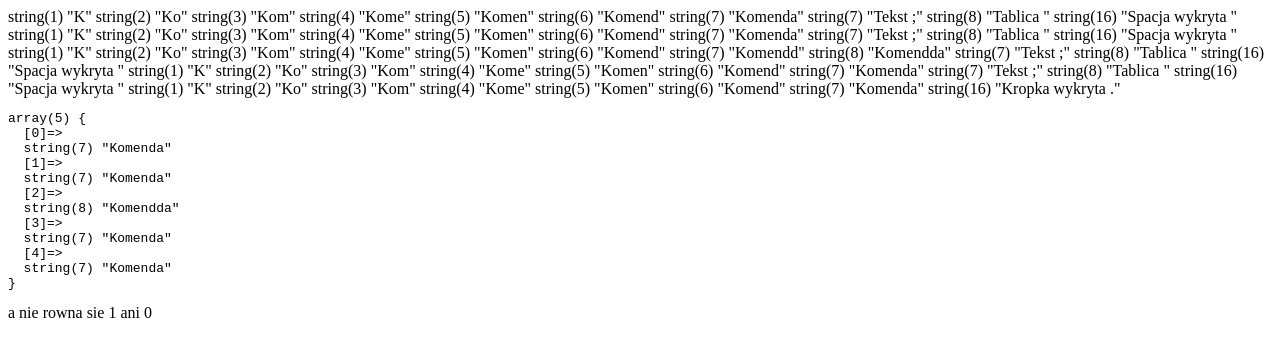
Repository: mahoone/revising_php
Page: http://localhost/Config.php
An editor plug-in stored every save of this project. The page is shown before and after the next save, followed by the edit.
The browser window is 1280 px wide. The pictures show the whole page.
The page is run by PHP 8.4 with error messages shown; the project is at /var/www/html/.

Above is the page before, as saved 2020-06-03 08:48:53.

### Config.php
<?php

$tekst = 'Komenda; Komenda; Komendda; Komenda; Komenda. To juz pomojamy.';
$tablica = array(0 => '');
$t = 0;

for($i = 0; $i < strlen($tekst); $i++)
{
   switch($tekst[$i])
   {
        case ' ':
            var_dump('Spacja wykryta '.$tekst[$i]);
            continue 2;
        case '.':
            var_dump('Kropka wykryta '.$tekst[$i]);
            break 2;
        case ';':
            $t++;
            $tablica[$t] = '';
            var_dump('Tekst '.$tekst[$i]);
            var_dump('Tablica '.$tablica[$t]);
            break;
        default:
            $tablica[$t] = $tablica[$t].$tekst[$i];
            var_dump ($tablica[$t]);
   }
}

echo '<pre>';
var_dump($tablica);
echo '</pre>';


$a = 0;


if(empty($a) == 0) {
    echo 'A = 0';
}
elseif($a == 1) {
    echo 'A nie rowna sie 0';
}
else
{
    echo 'a nie rowna sie 1 ani 0';
}

After the next save:
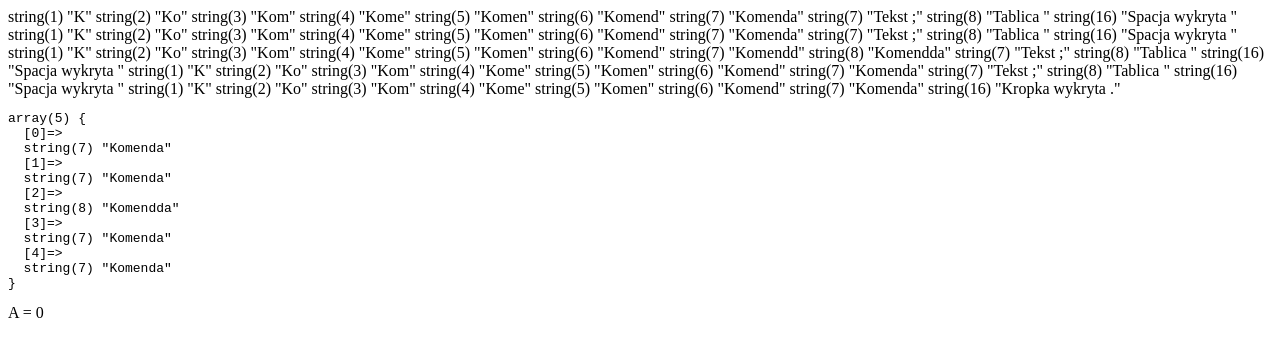
Saved 4 s later.
--- a/Config.php
+++ b/Config.php
@@ -34,7 +34,7 @@ echo '</pre>';
 $a = 0;
 
 
-if(empty($a) == 0) {
+if(empty($a)) {
     echo 'A = 0';
 }
 elseif($a == 1) {
